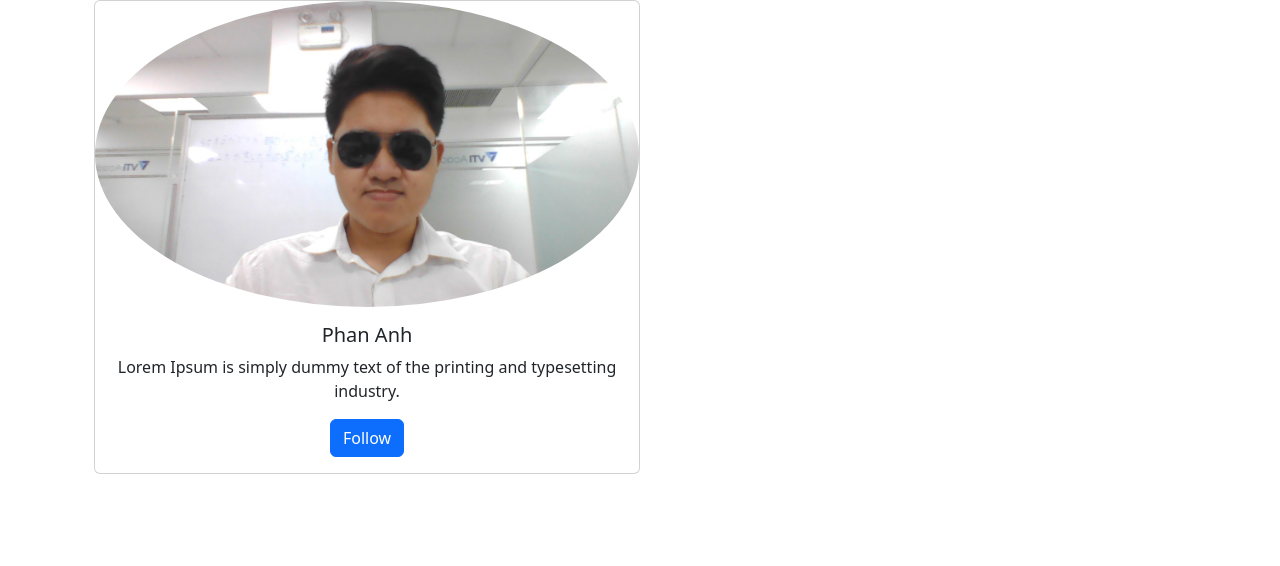
Repository: NPhanA/React2022
Page: / (app in Day 03-React/exercise/)
The author's editor kept a copy of each file at every save. The page is drawn from the files as they stood at one save, then again after a run of saves.
The browser window is 1280 px wide. The pictures show the whole page.
The project was rebuilt for these pictures with package versions that can differ from the ones it lists, and the page was loaded fresh each time. Also part of the build but not shown: Day 03-React/exercise/src/App.css, Day 03-React/exercise/src/App.js, Day 03-React/exercise/src/Components/UserAgent.js.

Above is the page before, as saved 2022-07-26 15:57:50.

### Day 03-React/exercise/src/index.js
import React from 'react';
import ReactDOM from 'react-dom/client';
import './index.css';
import App from './App';
import reportWebVitals from './reportWebVitals';
import 'bootstrap/dist/css/bootstrap.min.css';
import {createRoot} from 'react-dom/client';
import UserAgent from './Components/UserAgent';
import App1 from './Components/ProfileCard';
import ProfileCard from './Components/ProfileCard';
const container = document.getElementById('root');
const root = createRoot(container);
root.render(<ProfileCard />);

### Day 03-React/exercise/src/Components/ProfileCard.js
import avatar from '../Pictures/Avatar.jpg';
import space from '../Pictures/Space.jpg';
function ProfileCard() {
    return (
        <div className="container ">
            <div className="row mx-auto">
                <div className="col-xs-12 col-xxl-6 mx-auto">
        <div className="card w-50 text-center" >
        <img className="card-img-top rounded-circle" src={avatar} alt={'Space'} style={{backgroundImage:"url(" + space + ")"}}></img>
        <div className="card-body">
          <h5 className="card-title">Phan Anh</h5>
          <p className="card-text">Lorem Ipsum is simply dummy text of the printing and typesetting industry.</p>
          <a href="#" className="btn btn-primary">Follow</a>
        </div>
      </div>
      </div>
      </div>
      </div>
    );
  }

  export default ProfileCard;

Loaded but not shown: Day 03-React/exercise/public/index.html (common file); Day 03-React/exercise/src/index.css (common file); Day 03-React/exercise/src/reportWebVitals.js (common file)

After the next 2 saves:
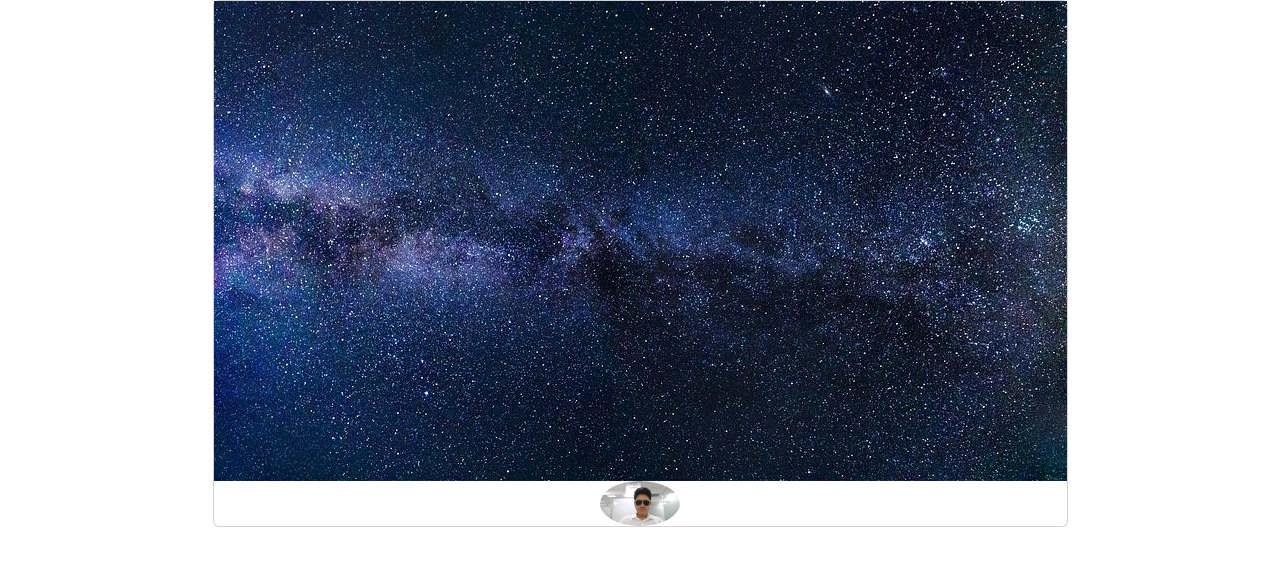
The 2 saves are shown as one change because 1 did not build or start.
The last was saved 36 min 14 s later.
--- a/Day 03-React/exercise/src/Components/ProfileCard.js
+++ b/Day 03-React/exercise/src/Components/ProfileCard.js
@@ -2,20 +2,29 @@
 import space from '../Pictures/Space.jpg';
 function ProfileCard() {
     return (
-        <div className="container ">
-            <div className="row mx-auto">
-                <div className="col-xs-12 col-xxl-6 mx-auto">
-        <div className="card w-50 text-center" >
-        <img className="card-img-top rounded-circle" src={avatar} alt={'Space'} style={{backgroundImage:"url(" + space + ")"}}></img>
-        <div className="card-body">
-          <h5 className="card-title">Phan Anh</h5>
-          <p className="card-text">Lorem Ipsum is simply dummy text of the printing and typesetting industry.</p>
-          <a href="#" className="btn btn-primary">Follow</a>
-        </div>
-      </div>
-      </div>
-      </div>
-      </div>
+      <div className="container">
+            <div class="container d-flex justify-content-center align-items-center">
+
+             <div class="card">
+
+              <div class="upper">
+
+                <img src={space} className="img-fluid"></img>
+
+              </div>
+
+              <div class="user text-center">
+
+                <div class="profile">
+
+                  <img src={avatar} class="rounded-circle" width="80"></img>
+
+                </div>
+
+              </div>
+              </div>
+       </div>
+       </div>
     );
   }
 

After the save that followed:
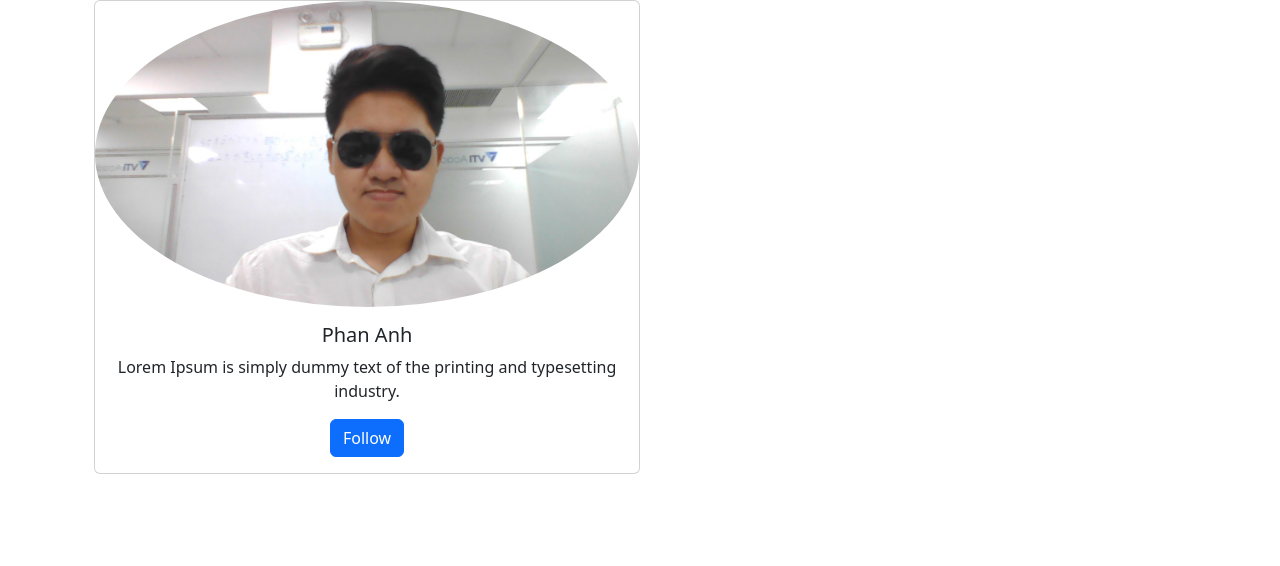
Saved 46 s later.
--- a/Day 03-React/exercise/src/Components/ProfileCard.js
+++ b/Day 03-React/exercise/src/Components/ProfileCard.js
@@ -2,29 +2,20 @@
 import space from '../Pictures/Space.jpg';
 function ProfileCard() {
     return (
-      <div className="container">
-            <div class="container d-flex justify-content-center align-items-center">
-
-             <div class="card">
-
-              <div class="upper">
-
-                <img src={space} className="img-fluid"></img>
-
-              </div>
-
-              <div class="user text-center">
-
-                <div class="profile">
-
-                  <img src={avatar} class="rounded-circle" width="80"></img>
-
-                </div>
-
-              </div>
-              </div>
-       </div>
-       </div>
+        <div className="container ">
+            <div className="row mx-auto">
+                <div className="col-xs-12 col-xxl-6 mx-auto">
+        <div className="card w-50 text-center" >
+        <img className="card-img-top rounded-circle" src={avatar} alt={'Space'} style={{backgroundImage:"url(" + space + ")"}}></img>
+        <div className="card-body">
+          <h5 className="card-title">Phan Anh</h5>
+          <p className="card-text">Lorem Ipsum is simply dummy text of the printing and typesetting industry.</p>
+          <a href="#" className="btn btn-primary">Follow</a>
+        </div>
+      </div>
+      </div>
+      </div>
+      </div>
     );
   }
 
